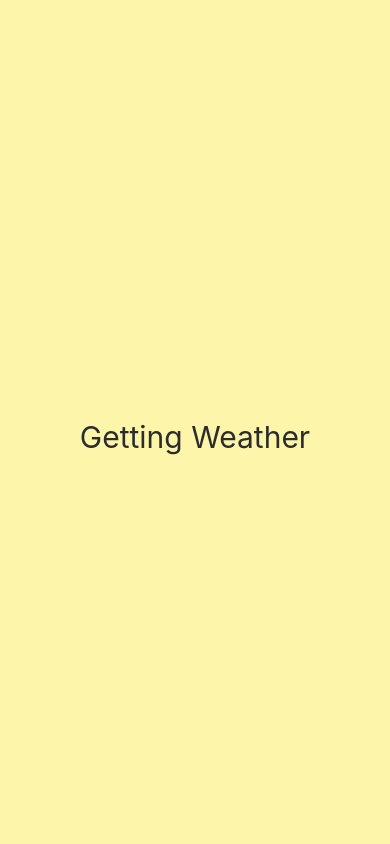
Repository: Exchallenger/Weather-app
Screen: /
These files come from the project's save history. The screen is drawn as it stood at one moment and after the next save; the edit follows.
The app was drawn by React Native's web renderer in a window 390 px wide. The project was rebuilt for these pictures with package versions that can differ from the ones it lists, and the page was loaded fresh each time. Also part of the build but not shown: weather.js.

Above is the screen before, as saved 2021-01-14 23:12:35.

After the next save:
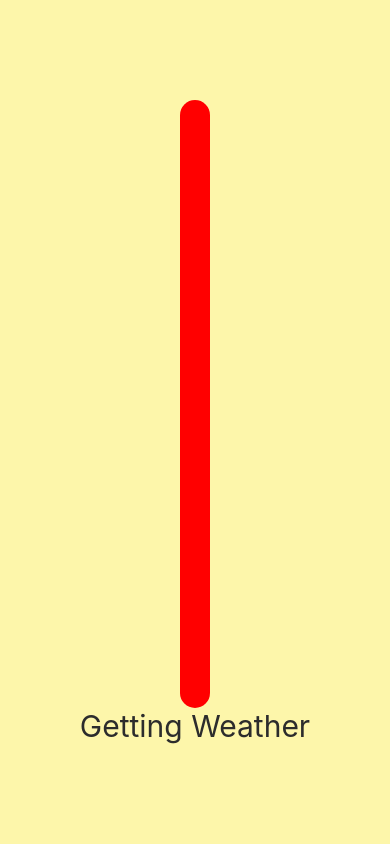
Saved 45 s later.
--- a/loading.js
+++ b/loading.js
@@ -24,8 +24,12 @@ const styles = StyleSheet.create({
         fontSize:30,
     },
     load:{
+        flex:1,
+        justifyContent:"center",
+        alignItems:"center",
         width:30,
         height:30,
+        backgroundColor:'red',
         borderRadius:50,
     }
 });
